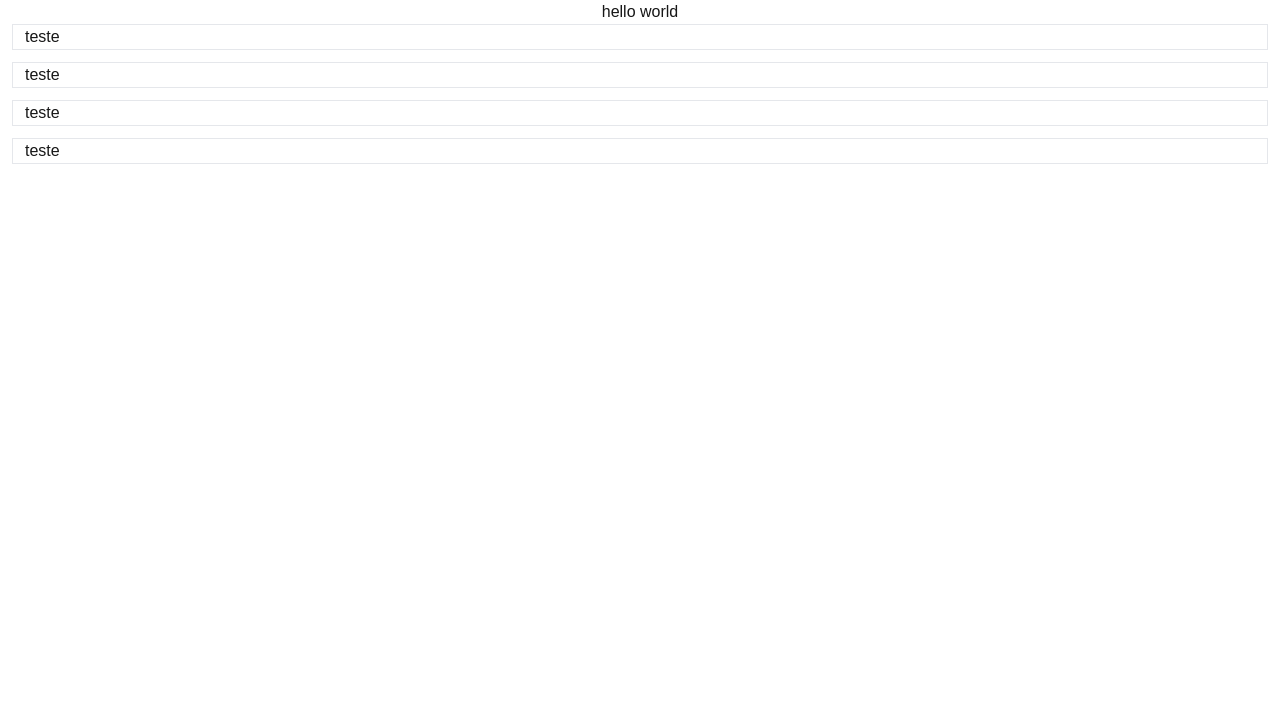
Repository: vitorbelluzzo/CountryInformationApp
Page: / (app in fe/)
An editor plug-in stored every save of this project. The page is shown before and after the next save, followed by the edit.
The browser window is 1280 px wide. The pictures show the whole page.
The project was rebuilt for these pictures with package versions that can differ from the ones it lists, and the page was loaded fresh each time. The framework's server and built-in components were replaced by stand-ins that run in the browser. Also part of the build but not shown: fe/next.config.ts.

Above is the page before, as saved 2024-10-29 13:53:17.

After the next save:
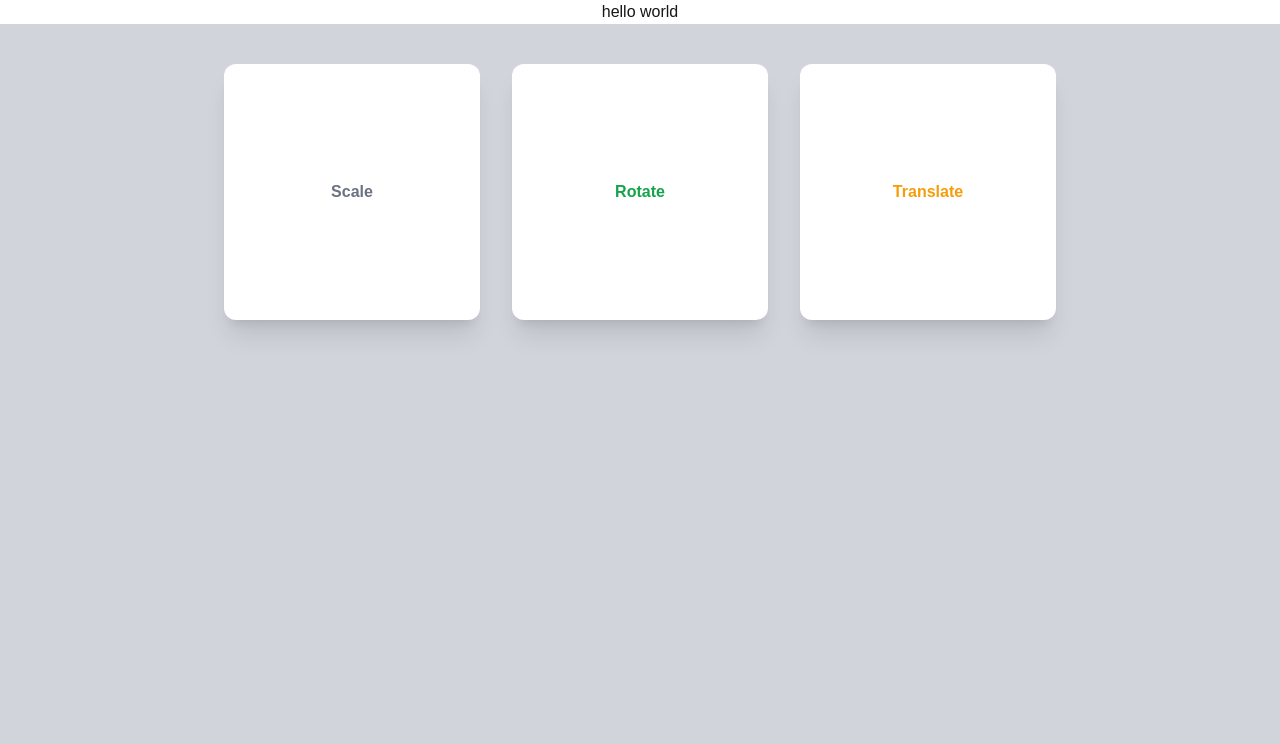
Saved 117 s later.
--- a/fe/src/app/page.tsx
+++ b/fe/src/app/page.tsx
@@ -25,12 +25,28 @@ export default function Home() {
   return (
     <div>
       <p className="text-center">hello world</p>
-      <div className="grid min-grid-cols-2 max-grid-col-2 px-3 gap-3">
-        <div className="border h-auto w-auto text-start px-3">teste</div>
-        <div className="border h-auto w-auto text-start px-3">teste</div>
-        <div className="border h-auto w-auto text-start px-3">teste</div>
-        <div className="border h-auto w-auto text-start px-3">teste</div>
-      </div>
+      <div class="flex gap-8 flex-wrap justify-center bg-gray-300 h-screen py-10">
+    <div
+        class="transform  rounded-xl h-40 w-40 sm:h-64 sm:w-64 bg-white shadow-xl transition duration-300 hover:scale-105">
+        <div class="flex h-full justify-center items-center">
+            <span class="font-bold text-gray-500">Scale</span>
+        </div>
+    </div>
+
+    <div
+        class="transform  rounded-xl h-40 w-40 sm:h-64 sm:w-64 bg-white shadow-xl transition duration-300 hover:rotate-180">
+        <div class="flex h-full justify-center items-center">
+            <span class="font-bold text-green-600">Rotate</span>
+        </div>
+    </div>
+
+    <div
+        class="transform rounded-xl h-40 w-40 sm:h-64 sm:w-64 bg-white shadow-xl transition duration-300 hover:translate-x-4">
+        <div class="flex h-full justify-center items-center">
+            <span class="font-bold text-amber-500">Translate</span>
+        </div>
+    </div>
+</div>
     </div>
   );
 }
